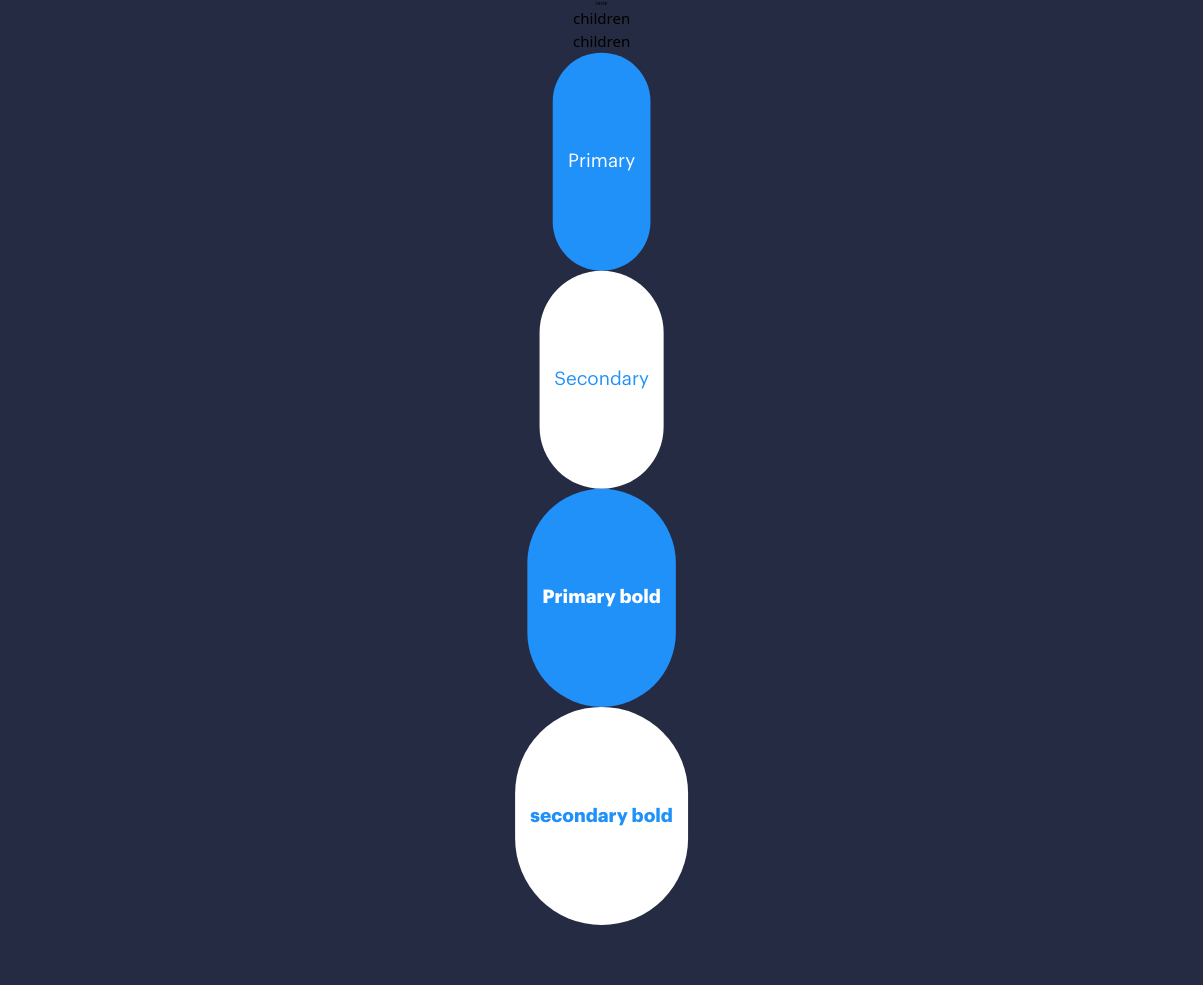
Repository: SK3010z/figmaland-tailwind
Page: /
These files come from the project's save history. The page is drawn as it stood at one moment and after the next save; the edit follows.
The browser window is 1280 px wide. The pictures show the whole page, at 94% of full size.
The project was rebuilt for these pictures with package versions that can differ from the ones it lists, and the page was loaded fresh each time. Also part of the build but not shown: vite.config.js, src/mediaQueries.jsx.

Above is the page before, as saved 2024-08-16 15:32:35.

After the next save:
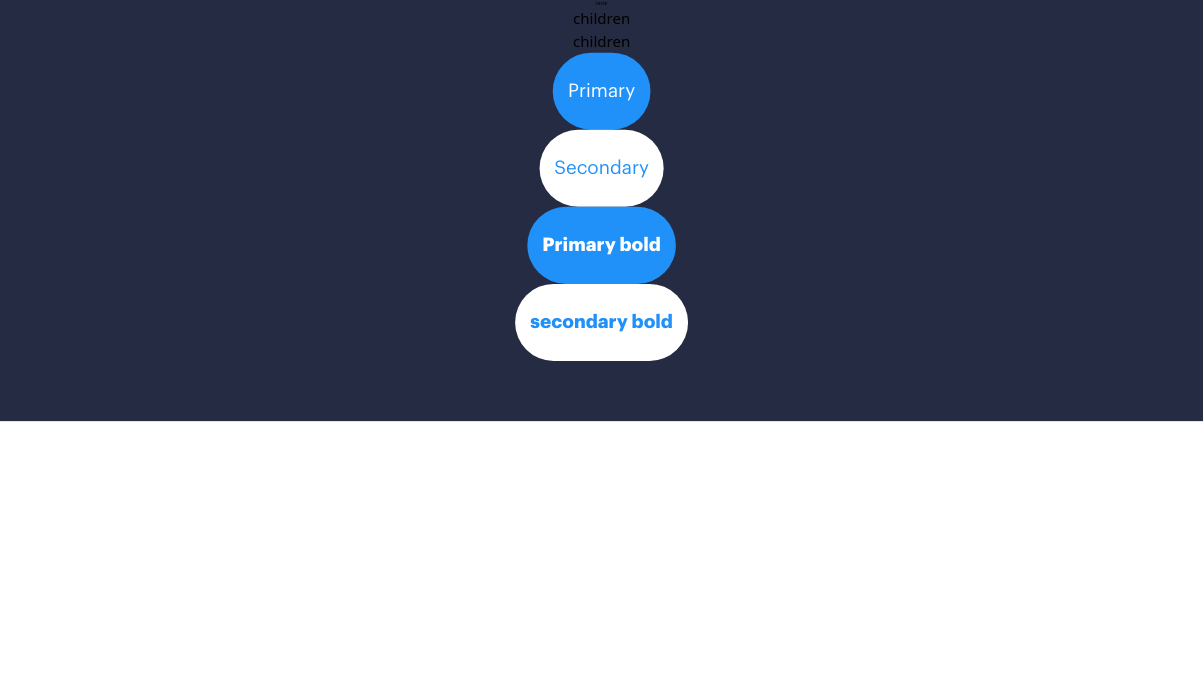
Saved 29 s later.
--- a/src/components/Button/index.jsx
+++ b/src/components/Button/index.jsx
@@ -1,7 +1,7 @@
 export const Button = ({children, variant = 'primary', isBold = false}) => {
   return (
     <button
-      className={`flex m-auto items-center justify-center p-4 rounded-full bg-primary font-graphik text-xl leading-[200px]
+      className={`flex m-auto items-center justify-center p-4 rounded-full bg-primary font-graphik text-xl leading-[50px]
         ${variant === "primary"
             ? 'bg-primary text-white'
             : 'bg-white text-primary'
